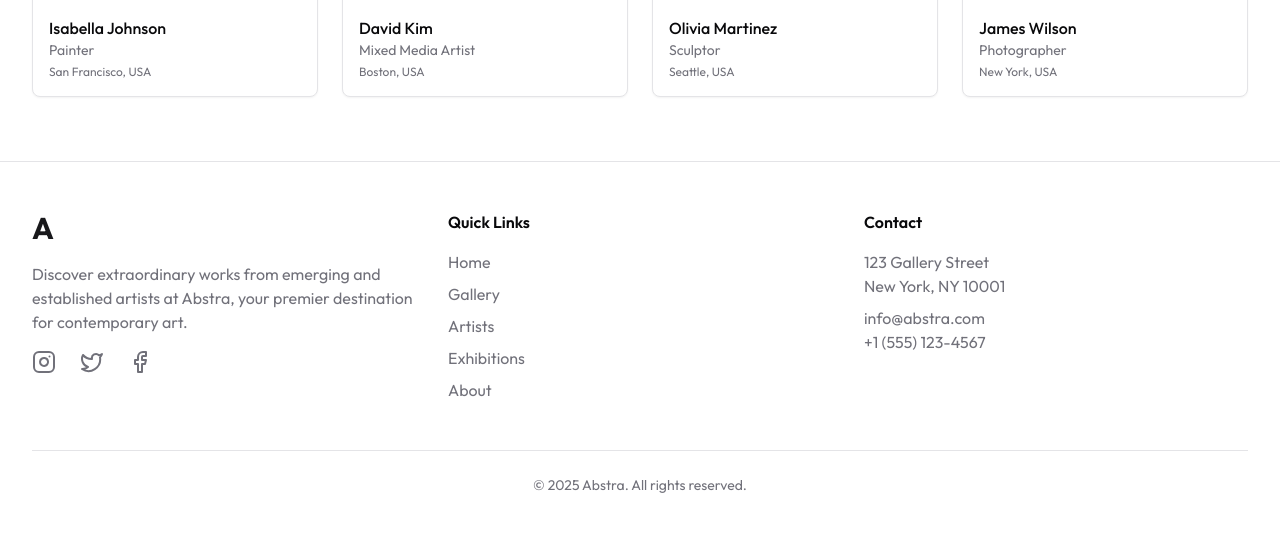
Repository: flow-ctrl369/gallery-cloneX
Page: /artists
An editor plug-in stored every save of this project. The page is shown before and after the next save, followed by the edit.
The browser window is 1280 px wide. The pictures show the part of the page from y = 1176 to 1751 px (the page is 1719 px tall before and 1751 px after).
The project was rebuilt for these pictures with package versions that can differ from the ones it lists, and the page was loaded fresh each time. The framework's server and built-in components were replaced by stand-ins that run in the browser. Also part of the build but not shown: next.config.mjs.

Above is the page before, as saved 2025-06-02 12:29:16.

### app/layout.tsx
import type { Metadata } from "next"
import { Inter, Outfit } from "next/font/google"
import "./globals.css"
import { ThemeProvider } from "@/components/theme-provider"
import Header from "@/components/header"
import Footer from "@/components/footer"
import AnimatePresenceWrapper from "@/components/animate-presence-wrapper"

const inter = Inter({ subsets: ["latin"] })
const outfit = Outfit({ subsets: ["latin"] })

export const metadata: Metadata = {
  title: "Abstra | Contemporary Art Gallery",
  description: "Discover extraordinary works from emerging and established artists at Abstra, your premier destination for contemporary art.",
}

export default function RootLayout({
  children,
}: {
  children: React.ReactNode
}) {
  return (
    <html lang="en" suppressHydrationWarning>
      <body className={outfit.className}>
        <ThemeProvider
          attribute="class"
          defaultTheme="system"
          enableSystem
          disableTransitionOnChange
        >
          <div className="flex min-h-screen flex-col dark:bg-gradient-to-b dark:from-gray-900 dark:to-black">
            <Header />
            <AnimatePresenceWrapper>
              {children}
            </AnimatePresenceWrapper>
            <Footer />
          </div>
        </ThemeProvider>
      </body>
    </html>
  )
}

### app/artists/page.tsx
'use client'

import { Tabs, TabsContent, TabsList, TabsTrigger } from "@/components/ui/tabs"
import { Search } from "lucide-react"
import { Input } from "@/components/ui/input"
import ArtistGrid from "@/components/artist-grid"
import { useState } from "react"
import PageTransition from "@/components/page-transition"

export default function ArtistsPage() {
  const [searchQuery, setSearchQuery] = useState("")

  return (
    <PageTransition>
      <main className="min-h-screen py-16 px-4 md:px-8">
        {/* Hero Section */}
        <section className="max-w-7xl mx-auto mb-16 text-center">
          <h1 className="text-4xl md:text-6xl font-bold mb-6 uppercase tracking-wider relative inline-block">
            Our Artists
            <div className="absolute -bottom-1 left-0 w-full h-1 bg-gradient-to-r from-primary via-secondary to-accent" />
          </h1>
          <p className="text-xl text-muted-foreground max-w-3xl mx-auto">
            Discover the talented creators behind our extraordinary collection of artwork from around the world.
          </p>
        </section>

        {/* Artists Section */}
        <section className="max-w-7xl mx-auto">
          <div className="flex flex-col md:flex-row justify-between items-start md:items-center gap-4 mb-8">
            <h2 className="text-3xl font-bold uppercase tracking-wider relative inline-block">
              Featured Artists
              <div className="absolute -bottom-1 left-0 w-full h-1 bg-gradient-to-r from-primary via-secondary to-accent" />
            </h2>
            <div className="flex items-center gap-4 w-full md:w-auto">
              <div className="relative w-full md:w-64">
                <Search className="absolute left-2 top-2.5 h-4 w-4 text-muted-foreground" />
                <Input
                  placeholder="Search artists..."
                  className="pl-8"
                  value={searchQuery}
                  onChange={(e) => setSearchQuery(e.target.value)}
                />
              </div>
            </div>
          </div>

          <Tabs defaultValue="all" className="w-full">
            <TabsList className="mb-8">
              <TabsTrigger value="all">All</TabsTrigger>
              <TabsTrigger value="painters">Painters</TabsTrigger>
              <TabsTrigger value="sculptors">Sculptors</TabsTrigger>
              <TabsTrigger value="photographers">Photographers</TabsTrigger>
              <TabsTrigger value="digital">Digital Artists</TabsTrigger>
            </TabsList>
            <TabsContent value="all">
              <ArtistGrid searchQuery={searchQuery} />
            </TabsContent>
            <TabsContent value="painters">
              <ArtistGrid specialty="Painter" searchQuery={searchQuery} />
            </TabsContent>
            <TabsContent value="sculptors">
              <ArtistGrid specialty="Sculptor" searchQuery={searchQuery} />
            </TabsContent>
            <TabsContent value="photographers">
              <ArtistGrid specialty="Photographer" searchQuery={searchQuery} />
            </TabsContent>
            <TabsContent value="digital">
              <ArtistGrid specialty="Digital Artist" searchQuery={searchQuery} />
            </TabsContent>
          </Tabs>
        </section>
      </main>
    </PageTransition>
  )
}

### app/globals.css
@tailwind base;
@tailwind components;
@tailwind utilities;

body {
  font-family: Arial, Helvetica, sans-serif;
}

@layer utilities {
  .text-balance {
    text-wrap: balance;
  }
}

@layer base {
  :root {
    --background: 0 0% 100%;
    --foreground: 240 10% 3.9%;
    --card: 0 0% 100%;
    --card-foreground: 240 10% 3.9%;
    --popover: 0 0% 100%;
    --popover-foreground: 240 10% 3.9%;
    --primary: 240 5.9% 10%;
    --primary-foreground: 0 0% 98%;
    --secondary: 240 4.8% 95.9%;
    --secondary-foreground: 240 5.9% 10%;
    --muted: 240 4.8% 95.9%;
    --muted-foreground: 240 3.8% 46.1%;
    --accent: 240 4.8% 95.9%;
    --accent-foreground: 240 5.9% 10%;
    --destructive: 0 84.2% 60.2%;
    --destructive-foreground: 0 0% 98%;
    --border: 240 5.9% 90%;
    --input: 240 5.9% 90%;
    --ring: 240 5.9% 10%;
    --chart-1: 12 76% 61%;
    --chart-2: 173 58% 39%;
    --chart-3: 197 37% 24%;
    --chart-4: 43 74% 66%;
    --chart-5: 27 87% 67%;
    --radius: 0.5rem;
    --sidebar-background: 0 0% 98%;
    --sidebar-foreground: 240 5.3% 26.1%;
    --sidebar-primary: 240 5.9% 10%;
    --sidebar-primary-foreground: 0 0% 98%;
    --sidebar-accent: 240 4.8% 95.9%;
    --sidebar-accent-foreground: 240 5.9% 10%;
    --sidebar-border: 220 13% 91%;
    --sidebar-ring: 217.2 91.2% 59.8%;

    /* Abstra Brand Colors */
    --abstra-primary: 240 100% 50%;
    --abstra-secondary: 280 100% 50%;
    --abstra-accent: 320 100% 50%;
    --abstra-muted: 240 10% 90%;
    --abstra-background: 240 10% 98%;
  }
  .dark {
    --background: 240 10% 3.9%;
    --foreground: 0 0% 98%;
    --card: 240 10% 3.9%;
    --card-foreground: 0 0% 98%;
    --popover: 240 10% 3.9%;
    --popover-foreground: 0 0% 98%;
    --primary: 0 0% 98%;
    --primary-foreground: 240 5.9% 10%;
    --secondary: 240 3.7% 15.9%;
    --secondary-foreground: 0 0% 98%;
    --muted: 240 3.7% 15.9%;
    --muted-foreground: 240 5% 64.9%;
    --accent: 240 3.7% 15.9%;
    --accent-foreground: 0 0% 98%;
    --destructive: 0 62.8% 30.6%;
    --destructive-foreground: 0 0% 98%;
    --border: 240 3.7% 15.9%;
    --input: 240 3.7% 15.9%;
    --ring: 240 4.9% 83.9%;
    --chart-1: 220 70% 50%;
    --chart-2: 160 60% 45%;
    --chart-3: 30 80% 55%;
    --chart-4: 280 65% 60%;
    --chart-5: 340 75% 55%;
    --sidebar-background: 240 5.9% 10%;
    --sidebar-foreground: 240 4.8% 95.9%;
    --sidebar-primary: 224.3 76.3% 48%;
    --sidebar-primary-foreground: 0 0% 100%;
    --sidebar-accent: 240 3.7% 15.9%;
    --sidebar-accent-foreground: 240 4.8% 95.9%;
    --sidebar-border: 240 3.7% 15.9%;
    --sidebar-ring: 217.2 91.2% 59.8%;

    /* Abstra Dark Theme Colors */
    --abstra-primary: 240 100% 70%;
    --abstra-secondary: 280 100% 70%;
    --abstra-accent: 320 100% 70%;
    --abstra-muted: 240 10% 20%;
    --abstra-background: 240 10% 10%;
  }
}

@layer base {
  * {
    @apply border-border;
  }
  body {
    @apply bg-background text-foreground;
  }
}

### components/theme-provider.tsx
'use client'

import * as React from 'react'
import { ThemeProvider as NextThemesProvider, type ThemeProviderProps } from 'next-themes'

export function ThemeProvider({ children, ...props }: ThemeProviderProps) {
  return (
    <NextThemesProvider
      attribute="class"
      defaultTheme="system"
      enableSystem
      disableTransitionOnChange
      themes={["light", "dark"]}
      {...props}
    >
      {children}
    </NextThemesProvider>
  )
}

### components/header.tsx
import { Button } from "@/components/ui/button"
import { ModeToggle } from "@/components/mode-toggle"
import { Menu } from "lucide-react"
import Link from "next/link"
import { Sheet, SheetContent, SheetTrigger } from "@/components/ui/sheet"
import Logo from "@/components/logo"

export default function Header() {
  return (
    <header className="sticky top-0 z-50 w-full border-b bg-background/95 backdrop-blur supports-[backdrop-filter]:bg-background/60">
      <div className="container flex h-16 items-center">
        <Logo className="mr-6" />
        <div className="flex flex-1 items-center justify-end">
          <nav className="hidden md:flex items-center gap-8 text-sm mr-6">
            <Link href="/" className="transition-colors hover:text-foreground/80">
              Home
            </Link>
            <Link href="/gallery" className="transition-colors hover:text-foreground/80">
              Gallery
            </Link>
            <Link href="/artists" className="transition-colors hover:text-foreground/80">
              Artists
            </Link>
            <Link href="/exhibitions" className="transition-colors hover:text-foreground/80">
              Exhibitions
            </Link>
            <Link href="/about" className="transition-colors hover:text-foreground/80">
              About
            </Link>
          </nav>
          <div className="flex items-center gap-2">
            <ModeToggle />
            <Sheet>
              <SheetTrigger asChild>
                <Button variant="ghost" size="icon" className="md:hidden">
                  <Menu className="h-5 w-5" />
                  <span className="sr-only">Toggle menu</span>
                </Button>
              </SheetTrigger>
              <SheetContent side="right">
                <nav className="flex flex-col gap-4">
                  <Link href="/" className="text-lg font-medium">
                    Home
                  </Link>
                  <Link href="/gallery" className="text-lg font-medium">
                    Gallery
                  </Link>
                  <Link href="/artists" className="text-lg font-medium">
                    Artists
                  </Link>
                  <Link href="/exhibitions" className="text-lg font-medium">
                    Exhibitions
                  </Link>
                  <Link href="/about" className="text-lg font-medium">
                    About
                  </Link>
                </nav>
              </SheetContent>
            </Sheet>
          </div>
        </div>
      </div>
    </header>
  )
}

### components/footer.tsx
import Link from "next/link"
import Logo from "@/components/logo"
import { Instagram, Twitter, Facebook } from "lucide-react"

export default function Footer() {
  return (
    <footer className="border-t">
      <div className="container py-12">
        <div className="grid grid-cols-1 md:grid-cols-3 gap-8">
          <div className="">
            <Logo variant="minimal" className="mb-4" />
            <p className="text-muted-foreground mb-4 max-w-md">
              Discover extraordinary works from emerging and established artists at Abstra, your premier destination for contemporary art.
            </p>
            <div className="flex gap-6">
              <Link href="#" className="text-muted-foreground hover:text-foreground transition-colors">
                <Instagram className="h-6 w-6" />
                <span className="sr-only">Instagram</span>
              </Link>
              <Link href="#" className="text-muted-foreground hover:text-foreground transition-colors">
                <Twitter className="h-6 w-6" />
                <span className="sr-only">Twitter</span>
              </Link>
              <Link href="#" className="text-muted-foreground hover:text-foreground transition-colors">
                <Facebook className="h-6 w-6" />
                <span className="sr-only">Facebook</span>
              </Link>
            </div>
          </div>
          <div>
            <h3 className="font-semibold mb-4">Quick Links</h3>
            <ul className="space-y-2">
              <li>
                <Link href="/" className="text-muted-foreground hover:text-foreground">
                  Home
                </Link>
              </li>
              <li>
                <Link href="/gallery" className="text-muted-foreground hover:text-foreground">
                  Gallery
                </Link>
              </li>
              <li>
                <Link href="/artists" className="text-muted-foreground hover:text-foreground">
                  Artists
                </Link>
              </li>
              <li>
                <Link href="/exhibitions" className="text-muted-foreground hover:text-foreground">
                  Exhibitions
                </Link>
              </li>
              <li>
                <Link href="/about" className="text-muted-foreground hover:text-foreground">
                  About
                </Link>
              </li>
            </ul>
          </div>
          <div>
            <h3 className="font-semibold mb-4">Contact</h3>
            <address className="not-italic text-muted-foreground">
              <p>123 Gallery Street</p>
              <p>New York, NY 10001</p>
              <p className="mt-2">info@abstra.com</p>
              <p>+1 (555) 123-4567</p>
            </address>
          </div>
        </div>
        <div className="mt-12 pt-6 border-t text-center text-sm text-muted-foreground">
          <p>© {new Date().getFullYear()} Abstra. All rights reserved.</p>
        </div>
      </div>
    </footer>
  )
}

### components/animate-presence-wrapper.tsx
"use client"

import { AnimatePresence } from "framer-motion"

interface AnimatePresenceWrapperProps {
  children: React.ReactNode
}

export default function AnimatePresenceWrapper({ children }: AnimatePresenceWrapperProps) {
  return <AnimatePresence mode="wait">{children}</AnimatePresence>
}

### components/ui/tabs.tsx
"use client"

import * as React from "react"
import * as TabsPrimitive from "@radix-ui/react-tabs"

import { cn } from "@/lib/utils"

const Tabs = TabsPrimitive.Root

const TabsList = React.forwardRef<
  React.ElementRef<typeof TabsPrimitive.List>,
  React.ComponentPropsWithoutRef<typeof TabsPrimitive.List>
>(({ className, ...props }, ref) => (
  <TabsPrimitive.List
    ref={ref}
    className={cn(
      "inline-flex h-10 items-center justify-center rounded-md bg-muted p-1 text-muted-foreground",
      className
    )}
    {...props}
  />
))
TabsList.displayName = TabsPrimitive.List.displayName

const TabsTrigger = React.forwardRef<
  React.ElementRef<typeof TabsPrimitive.Trigger>,
  React.ComponentPropsWithoutRef<typeof TabsPrimitive.Trigger>
>(({ className, ...props }, ref) => (
  <TabsPrimitive.Trigger
    ref={ref}
    className={cn(
      "inline-flex items-center justify-center whitespace-nowrap rounded-sm px-3 py-1.5 text-sm font-medium ring-offset-background transition-all focus-visible:outline-none focus-visible:ring-2 focus-visible:ring-ring focus-visible:ring-offset-2 disabled:pointer-events-none disabled:opacity-50 data-[state=active]:bg-background data-[state=active]:text-foreground data-[state=active]:shadow-sm",
      className
    )}
    {...props}
  />
))
TabsTrigger.displayName = TabsPrimitive.Trigger.displayName

const TabsContent = React.forwardRef<
  React.ElementRef<typeof TabsPrimitive.Content>,
  React.ComponentPropsWithoutRef<typeof TabsPrimitive.Content>
>(({ className, ...props }, ref) => (
  <TabsPrimitive.Content
    ref={ref}
    className={cn(
      "mt-2 ring-offset-background focus-visible:outline-none focus-visible:ring-2 focus-visible:ring-ring focus-visible:ring-offset-2",
      className
    )}
    {...props}
  />
))
TabsContent.displayName = TabsPrimitive.Content.displayName

export { Tabs, TabsList, TabsTrigger, TabsContent }

### components/ui/input.tsx
import * as React from "react"

import { cn } from "@/lib/utils"

const Input = React.forwardRef<HTMLInputElement, React.ComponentProps<"input">>(
  ({ className, type, ...props }, ref) => {
    return (
      <input
        type={type}
        className={cn(
          "flex h-10 w-full rounded-md border border-input bg-background px-3 py-2 text-base ring-offset-background file:border-0 file:bg-transparent file:text-sm file:font-medium file:text-foreground placeholder:text-muted-foreground focus-visible:outline-none focus-visible:ring-2 focus-visible:ring-ring focus-visible:ring-offset-2 disabled:cursor-not-allowed disabled:opacity-50 md:text-sm",
          className
        )}
        ref={ref}
        {...props}
      />
    )
  }
)
Input.displayName = "Input"

export { Input }

### components/artist-grid.tsx
import { Card, CardContent } from "@/components/ui/card"
import Image from "next/image"
import Link from "next/link"
import { artists } from "@/lib/data"

interface ArtistGridProps {
  specialty?: string
  searchQuery?: string
}

export default function ArtistGrid({ specialty, searchQuery = "" }: ArtistGridProps) {
  let filteredArtists = artists

  if (specialty && specialty !== "all") {
    filteredArtists = artists.filter((artist) => artist.specialty === specialty)
  }

  // Apply search filter
  if (searchQuery) {
    const query = searchQuery.toLowerCase()
    filteredArtists = filteredArtists.filter(
      (artist) =>
        artist.name.toLowerCase().includes(query) ||
        artist.specialty.toLowerCase().includes(query) ||
        artist.location.toLowerCase().includes(query) ||
        artist.biography.toLowerCase().includes(query)
    )
  }

  return (
    <div className="grid grid-cols-1 sm:grid-cols-2 md:grid-cols-3 lg:grid-cols-4 gap-6">
      {filteredArtists.map((artist) => (
        <Link href={`/artists/${artist.id}`} key={artist.id}>
          <Card className="overflow-hidden h-full transition-all hover:shadow-md">
            <div className="aspect-square relative">
              <Image
                src={artist.image || "/placeholder.svg"}
                alt={artist.name}
                fill
                className="object-cover transition-transform hover:scale-105"
                sizes="(max-width: 640px) 100vw, (max-width: 768px) 50vw, (max-width: 1024px) 33vw, 25vw"
              />
            </div>
            <CardContent className="p-4">
              <h3 className="font-medium line-clamp-1">{artist.name}</h3>
              <p className="text-sm text-muted-foreground">{artist.specialty}</p>
              <p className="text-xs text-muted-foreground mt-1">{artist.location}</p>
            </CardContent>
          </Card>
        </Link>
      ))}
    </div>
  )
}

### components/page-transition.tsx
"use client"

import { motion, AnimatePresence } from "framer-motion"

interface PageTransitionProps {
  children: React.ReactNode
}

export default function PageTransition({ children }: PageTransitionProps) {
  return (
    <motion.div
      initial={{ opacity: 0, y: 20 }}
      animate={{ opacity: 1, y: 0 }}
      exit={{ opacity: 0, y: 20 }}
      transition={{
        duration: 0.5,
        ease: "easeOut",
      }}
    >
      {children}
    </motion.div>
  )
}

### components/ui/button.tsx
import * as React from "react"
import { Slot } from "@radix-ui/react-slot"
import { cva, type VariantProps } from "class-variance-authority"

import { cn } from "@/lib/utils"

const buttonVariants = cva(
  "inline-flex items-center justify-center gap-2 whitespace-nowrap rounded-md text-sm font-medium ring-offset-background transition-colors focus-visible:outline-none focus-visible:ring-2 focus-visible:ring-ring focus-visible:ring-offset-2 disabled:pointer-events-none disabled:opacity-50 [&_svg]:pointer-events-none [&_svg]:size-4 [&_svg]:shrink-0",
  {
    variants: {
      variant: {
        default: "bg-primary text-primary-foreground hover:bg-primary/90",
        destructive:
          "bg-destructive text-destructive-foreground hover:bg-destructive/90",
        outline:
          "border border-input bg-background hover:bg-accent hover:text-accent-foreground",
        secondary:
          "bg-secondary text-secondary-foreground hover:bg-secondary/80",
        ghost: "hover:bg-accent hover:text-accent-foreground",
        link: "text-primary underline-offset-4 hover:underline",
      },
      size: {
        default: "h-10 px-4 py-2",
        sm: "h-9 rounded-md px-3",
        lg: "h-11 rounded-md px-8",
        icon: "h-10 w-10",
      },
    },
    defaultVariants: {
      variant: "default",
      size: "default",
    },
  }
)

export interface ButtonProps
  extends React.ButtonHTMLAttributes<HTMLButtonElement>,
    VariantProps<typeof buttonVariants> {
  asChild?: boolean
}

const Button = React.forwardRef<HTMLButtonElement, ButtonProps>(
  ({ className, variant, size, asChild = false, ...props }, ref) => {
    const Comp = asChild ? Slot : "button"
    return (
      <Comp
        className={cn(buttonVariants({ variant, size, className }))}
        ref={ref}
        {...props}
      />
    )
  }
)
Button.displayName = "Button"

export { Button, buttonVariants }

### components/mode-toggle.tsx
"use client"

import { Moon, Sun } from "lucide-react"
import { useTheme } from "next-themes"
import { Button } from "@/components/ui/button"

export function ModeToggle() {
  const { theme, setTheme } = useTheme()

  return (
    <Button
      variant="outline"
      size="icon"
      onClick={() => setTheme(theme === "dark" ? "light" : "dark")}
    >
      <Sun className="h-[1.2rem] w-[1.2rem] rotate-0 scale-100 transition-all dark:-rotate-90 dark:scale-0" />
      <Moon className="absolute h-[1.2rem] w-[1.2rem] rotate-90 scale-0 transition-all dark:rotate-0 dark:scale-100" />
      <span className="sr-only">Toggle theme</span>
    </Button>
  )
}

### components/logo.tsx
import Link from "next/link"

interface LogoProps {
  className?: string
  variant?: "default" | "minimal"
}

export default function Logo({ className = "", variant = "default" }: LogoProps) {
  return (
    <Link href="/" className={`flex items-center space-x-2 ${className}`}>
      <div className="relative">
        <span className="text-3xl font-bold uppercase tracking-wider">
          {variant === "default" ? (
            "Abstra"
          ) : (
            <span className="text-primary">A</span>
          )}
        </span>
        {variant === "default" && (
          <div className="absolute -bottom-1 left-0 w-full h-0.5 bg-gradient-to-r from-primary via-secondary to-accent" />
        )}
      </div>
    </Link>
  )
}

### components/ui/card.tsx
import * as React from "react"

import { cn } from "@/lib/utils"

const Card = React.forwardRef<
  HTMLDivElement,
  React.HTMLAttributes<HTMLDivElement>
>(({ className, ...props }, ref) => (
  <div
    ref={ref}
    className={cn(
      "rounded-lg border bg-card text-card-foreground shadow-sm",
      className
    )}
    {...props}
  />
))
Card.displayName = "Card"

const CardHeader = React.forwardRef<
  HTMLDivElement,
  React.HTMLAttributes<HTMLDivElement>
>(({ className, ...props }, ref) => (
  <div
    ref={ref}
    className={cn("flex flex-col space-y-1.5 p-6", className)}
    {...props}
  />
))
CardHeader.displayName = "CardHeader"

const CardTitle = React.forwardRef<
  HTMLDivElement,
  React.HTMLAttributes<HTMLDivElement>
>(({ className, ...props }, ref) => (
  <div
    ref={ref}
    className={cn(
      "text-2xl font-semibold leading-none tracking-tight",
      className
    )}
    {...props}
  />
))
CardTitle.displayName = "CardTitle"

const CardDescription = React.forwardRef<
  HTMLDivElement,
  React.HTMLAttributes<HTMLDivElement>
>(({ className, ...props }, ref) => (
  <div
    ref={ref}
    className={cn("text-sm text-muted-foreground", className)}
    {...props}
  />
))
CardDescription.displayName = "CardDescription"

const CardContent = React.forwardRef<
  HTMLDivElement,
  React.HTMLAttributes<HTMLDivElement>
>(({ className, ...props }, ref) => (
  <div ref={ref} className={cn("p-6 pt-0", className)} {...props} />
))
CardContent.displayName = "CardContent"

const CardFooter = React.forwardRef<
  HTMLDivElement,
  React.HTMLAttributes<HTMLDivElement>
>(({ className, ...props }, ref) => (
  <div
    ref={ref}
    className={cn("flex items-center p-6 pt-0", className)}
    {...props}
  />
))
CardFooter.displayName = "CardFooter"

export { Card, CardHeader, CardFooter, CardTitle, CardDescription, CardContent }

Loaded but not shown: lib/utils.ts (common file); tailwind.config.ts (common file); lib/data.ts (664 lines, source omitted); components/ui/sheet.tsx (109 lines, source omitted)

After the next save:
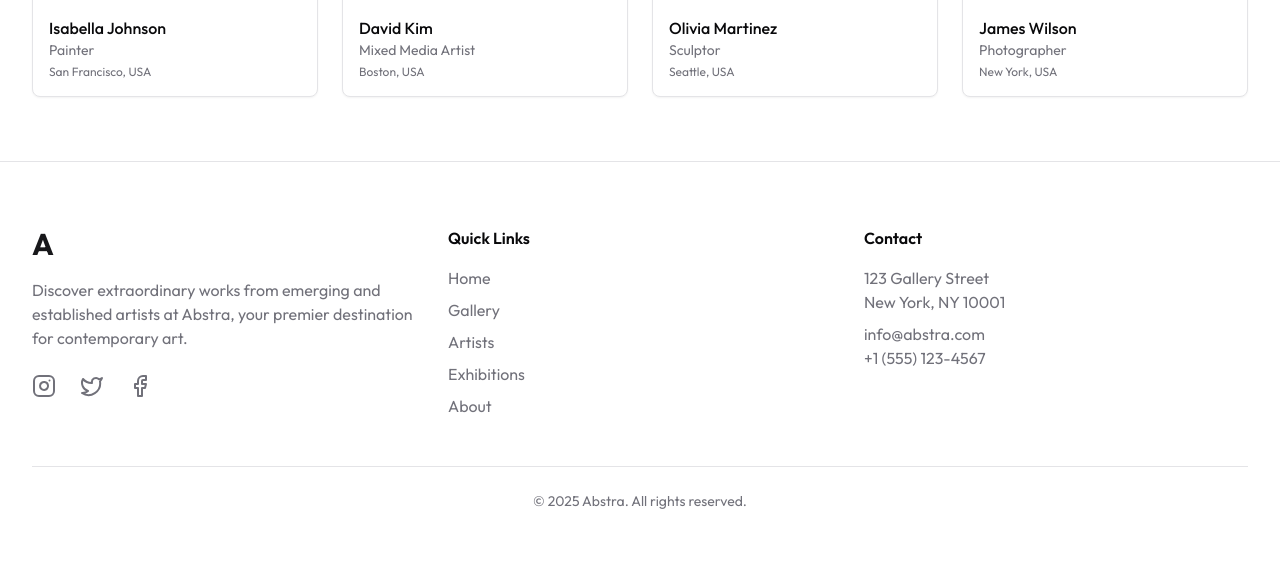
Saved 3 min 9 s later.
--- a/components/footer.tsx
+++ b/components/footer.tsx
@@ -5,14 +5,14 @@ import { Instagram, Twitter, Facebook } from "lucide-react"
 export default function Footer() {
   return (
     <footer className="border-t">
-      <div className="container py-12">
+      <div className="container py-16">
         <div className="grid grid-cols-1 md:grid-cols-3 gap-8">
           <div className="">
             <Logo variant="minimal" className="mb-4" />
-            <p className="text-muted-foreground mb-4 max-w-md">
+            <p className="text-muted-foreground mb-6 max-w-md">
               Discover extraordinary works from emerging and established artists at Abstra, your premier destination for contemporary art.
             </p>
-            <div className="flex gap-6">
+            <div className="flex gap-6 mt-4">
               <Link href="#" className="text-muted-foreground hover:text-foreground transition-colors">
                 <Instagram className="h-6 w-6" />
                 <span className="sr-only">Instagram</span>
